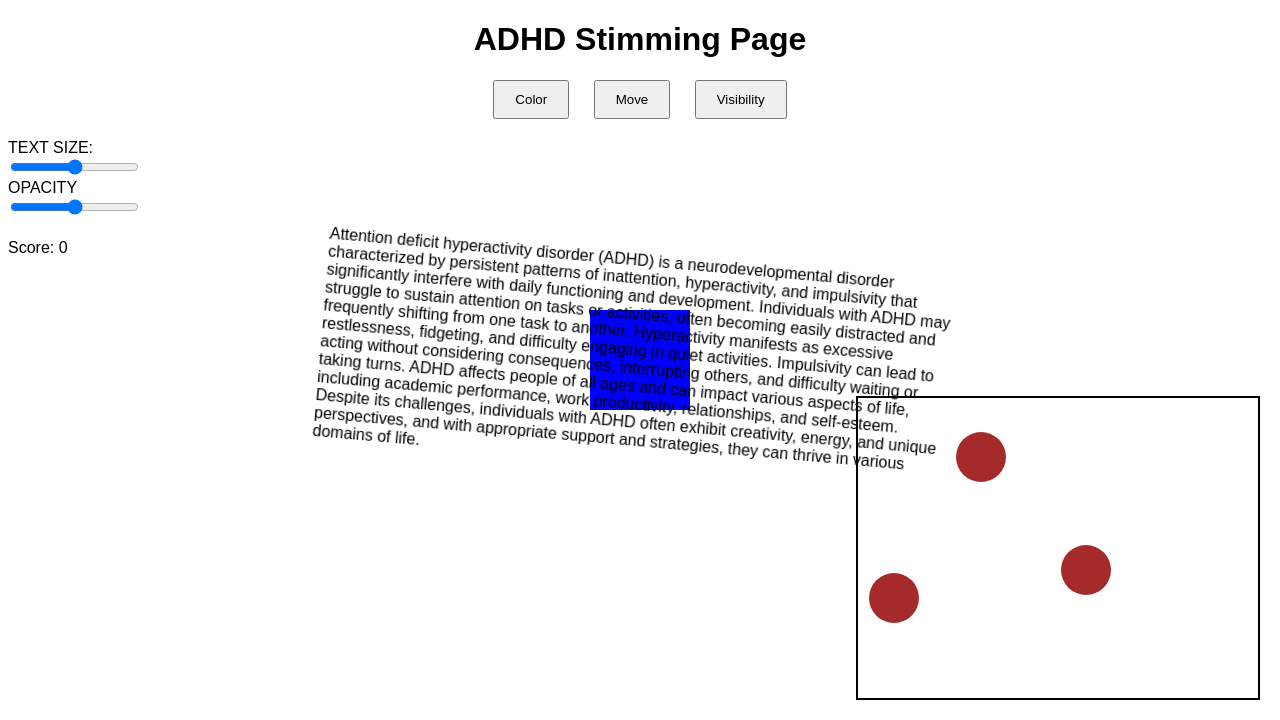
Repository: anderscederberg11/unhandledRuntimeError.json
Page: Henver/henver3.html
These files come from the project's save history. The page is drawn as it stood at one moment and after the next save; the edit follows.
The browser window is 1280 px wide. The pictures show the whole page.

Above is the page before, as saved 2024-05-24 19:31:13.

### Henver/henver3.html
<!DOCTYPE html>
<html lang="en">
<head>
    <meta charset="UTF-8">
    <meta name="viewport" content="width=device-width, initial-scale=1.0">
    <title>HenverADHD</title>
    <link rel="stylesheet" href="henver3.css">
</head>
<body>
    <h1>ADHD Stimming Page</h1>

    <div class="buttons">
      <button onclick="changeColor()">Color</button>
      <button onclick="moveElement()">Move</button>
      <button onclick="toggleVisibility()">Visibility</button>
    </div>

    <div class="sliders">
      <label for="slider1">TEXT SIZE:</label>
      <input type="range" id="slider1" min="0" max="100" value="50" onchange="adjustFontSize(this.value)">
      <label for="slider2">OPACITY</label>
      <input type="range" id="slider2" min="0" max="100" value="50" onchange="adjustOpacity(this.value)">
    </div>

    <div id="movableElement" class="movable-element"></div>

    <div class="floating-paragraph">
        <p>Attention deficit hyperactivity disorder (ADHD) is a neurodevelopmental disorder characterized by persistent patterns of inattention, hyperactivity, and impulsivity that significantly interfere with daily functioning and development. Individuals with ADHD may struggle to sustain attention on tasks or activities, often becoming easily distracted and frequently shifting from one task to another. Hyperactivity manifests as excessive restlessness, fidgeting, and difficulty engaging in quiet activities. Impulsivity can lead to acting without considering consequences, interrupting others, and difficulty waiting or taking turns. ADHD affects people of all ages and can impact various aspects of life, including academic performance, work productivity, relationships, and self-esteem. Despite its challenges, individuals with ADHD often exhibit creativity, energy, and unique perspectives, and with appropriate support and strategies, they can thrive in various domains of life.</p>
      </div>

      <div class="game-container" onclick="whackMole()">
        <div class="mole" id="mole1"></div>
        <div class="mole" id="mole2"></div>
        <div class="mole" id="mole3"></div>
      </div>

      <p>Score: <span id="score">0</span></p>
<script>
    function changeColor() {
  const colors = ["red", "green", "blue", "yellow", "purple", "orange"];
  const randomColor = colors[Math.floor(Math.random() * colors.length)];
  document.body.style.backgroundColor = randomColor;
}

function moveElement() {
  const element = document.getElementById("movableElement");
  const randomX = Math.random() * (window.innerWidth - element.offsetWidth);
  const randomY = Math.random() * (window.innerHeight - element.offsetHeight);
  element.style.left = randomX + "px";
  element.style.top = randomY + "px";
}

function toggleVisibility() {
  const element = document.getElementById("movableElement");
  element.style.display = element.style.display === "none" ? "block" : "none";
}

function adjustFontSize(value) {
  document.body.style.fontSize = value + "px";
}

function adjustOpacity(value) {
  document.getElementById("movableElement").style.opacity = value / 100;
}
let score = 0;

function changeColor() {
  const colors = ["red", "green", "blue", "yellow", "purple", "orange"];
  const randomColor = colors[Math.floor(Math.random() * colors.length)];
  document.body.style.backgroundColor = randomColor;
}

function moveElement() {
  const element = document.getElementById("movableElement");
  const randomX = Math.random() * (window.innerWidth - element.offsetWidth);
  const randomY = Math.random() * (window.innerHeight - element.offsetHeight);
  element.style.left = randomX + "px";
  element.style.top = randomY + "px";
}

function toggleVisibility() {
  const element = document.getElementById("movableElement");
  element.style.display = element.style.display === "none" ? "block" : "none";
}

function adjustFontSize(value) {
  document.body.style.fontSize = value + "px";
}

function adjustOpacity(value) {
  document.getElementById("movableElement").style.opacity = value / 100;
}

function whackMole() {
  event.target.style.display = "none";
  score++;
  document.getElementById("score").innerText = score;
}

function showMole(mole) {
  mole.style.display = "block";
  const randomX = Math.random() * 350;
  const randomY = Math.random() * 250;
  mole.style.left = randomX + "px";
  mole.style.top = randomY + "px";
}

setInterval(() => {
  const moles = document.querySelectorAll(".mole");
  moles.forEach((mole) => {
    showMole(mole);
  });
}, 1000);
</script>
</body>
</html>

### Henver/henver3.css
body {
    font-family: Arial, sans-serif;
  }

  h1 {
    text-align: center;
  }

  .buttons {
    text-align: center;
    margin-bottom: 20px;
  }

  .buttons button {
    padding: 10px 20px;
    margin: 0 10px;
  }

  .sliders {
    margin-bottom: 20px;
  }

  .sliders label {
    display: block;
  }

  .movable-element {
    width: 100px;
    height: 100px;
    background-color: blue;
    position: absolute;
    top: 50%;
    left: 50%;
    transform: translate(-50%, -50%);
  }
  .floating-paragraph {
    position: fixed;
    top: 50%;
    left: 50%;
    transform: translate(-50%, -50%);
    animation: floatAndMove 10s infinite alternate;
  }

  .game-container {
    position: fixed;
    bottom: 20px;
    right: 20px;
    width: 400px;
    height: 300px;
    border: 2px solid black;
    overflow: hidden;
}

.mole {
    position: absolute;
    width: 50px;
    height: 50px;
    background-color: brown;
    border-radius: 50%;
    cursor: pointer;
    display: none;
}
  @keyframes floatAndMove {
    0% {
      transform: translate(-50%, -50%) rotate(0deg);
    }
    50% {
      transform: translate(-50%, -50%) rotate(5deg);
    }
    100% {
      transform: translate(-50%, -50%) rotate(0deg);
    }
  }

After the next save:
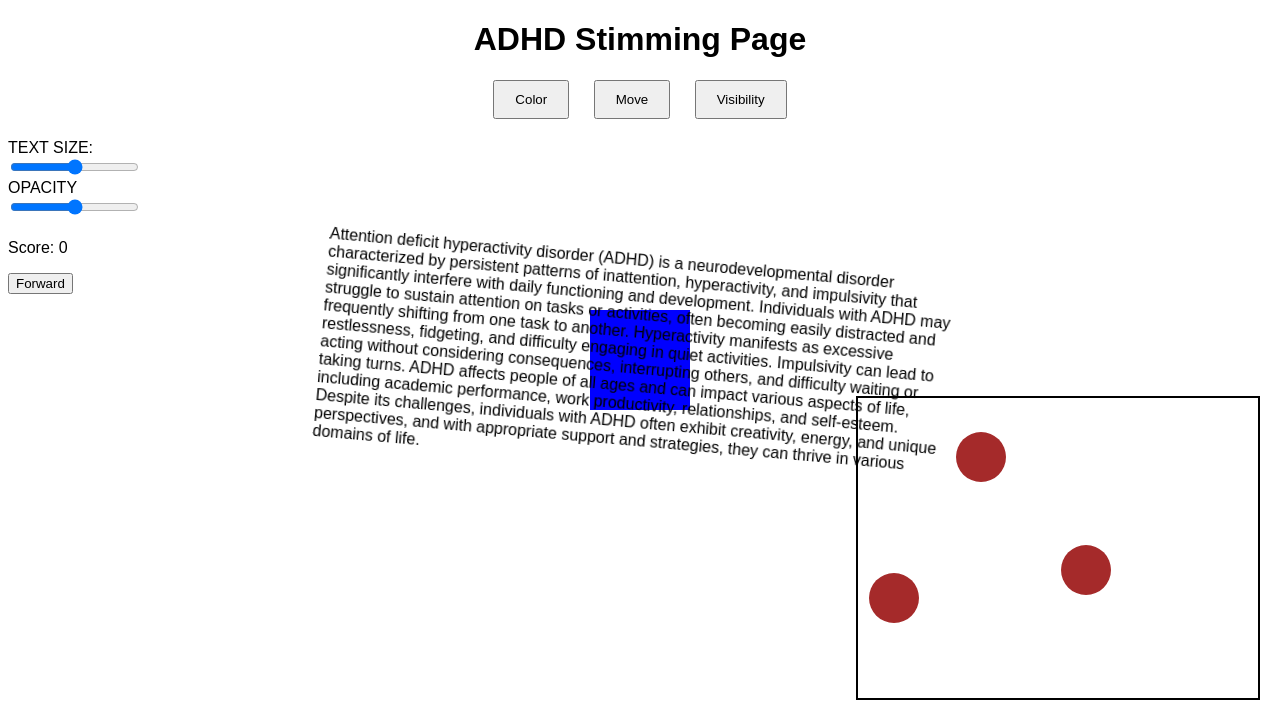
Saved 2 min 24 s later.
--- a/Henver/henver3.html
+++ b/Henver/henver3.html
@@ -35,6 +35,9 @@
       </div>
 
       <p>Score: <span id="score">0</span></p>
+
+      <button onclick="redirectToAnotherPage()">Forward</button>
+
 <script>
     function changeColor() {
   const colors = ["red", "green", "blue", "yellow", "purple", "orange"];
@@ -91,6 +94,10 @@ function adjustOpacity(value) {
   document.getElementById("movableElement").style.opacity = value / 100;
 }
 
+function redirect() {
+            window.location.href = "index.html";
+        }
+
 function whackMole() {
   event.target.style.display = "none";
   score++;
